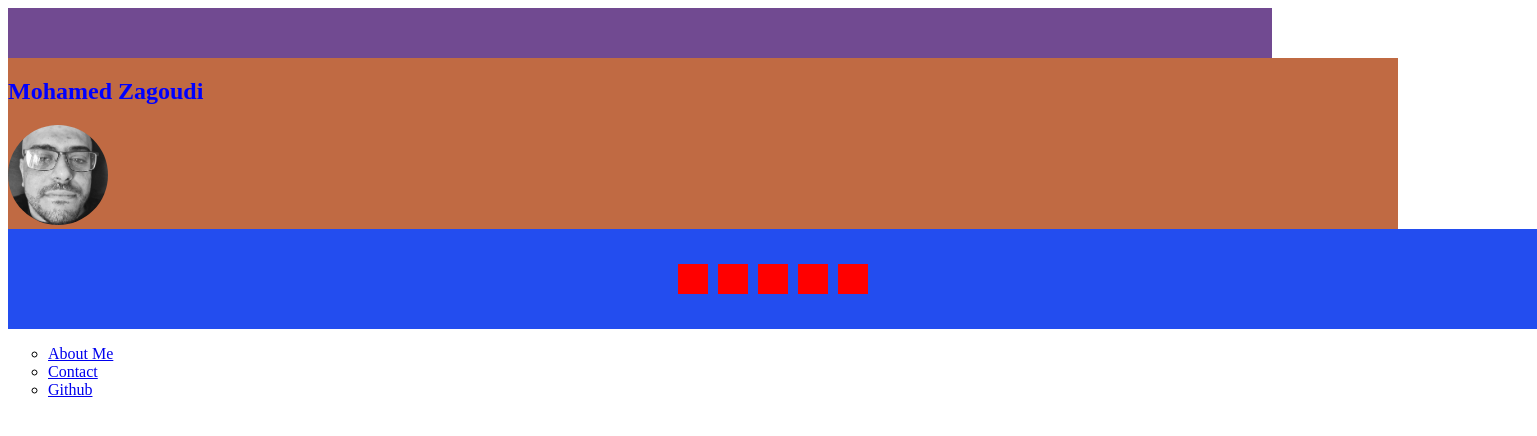
Repository: Mohzagou/Eersteportofolio
Page: index.html
These files come from the project's save history. The page is drawn as it stood at one moment and after the next save; the edit follows.
The browser window is 1280 px wide. The page is 1537 px wide, so the pictures cover 1537 px, including what lies to the right of the window. The pictures show the whole page.

Above is the page before, as saved 2022-06-07 22:36:09.

After the next save:
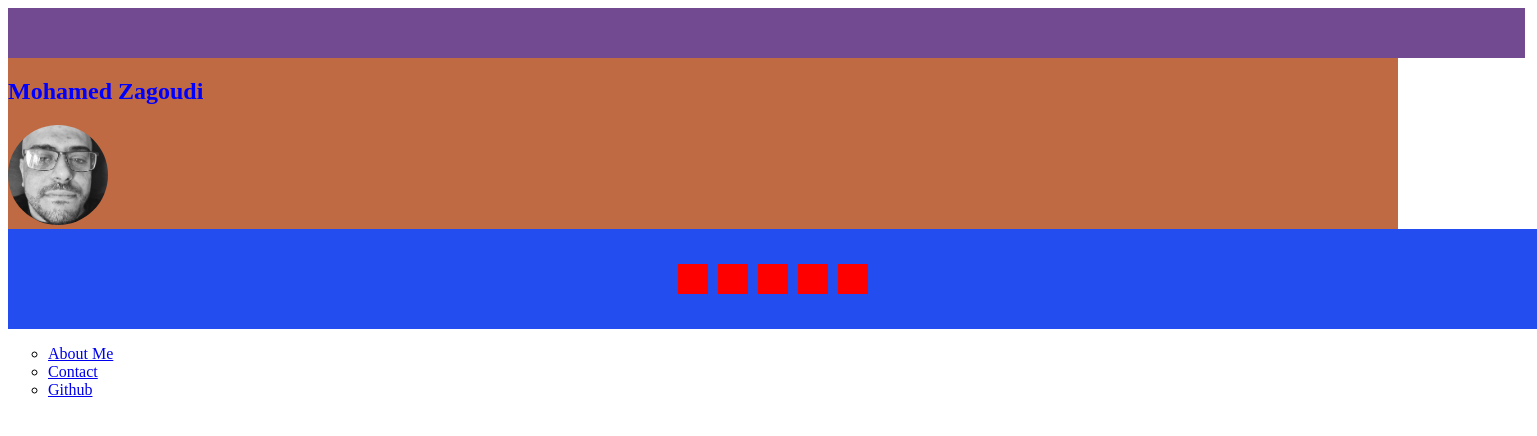
Saved 12 s later.
--- a/styles.css
+++ b/styles.css
@@ -4,7 +4,7 @@ body {
 }
 
 header {
-    width: 120;
+    width: 120%;
     height: 50px;
     background-color: rgb(113, 74, 145);
 }
